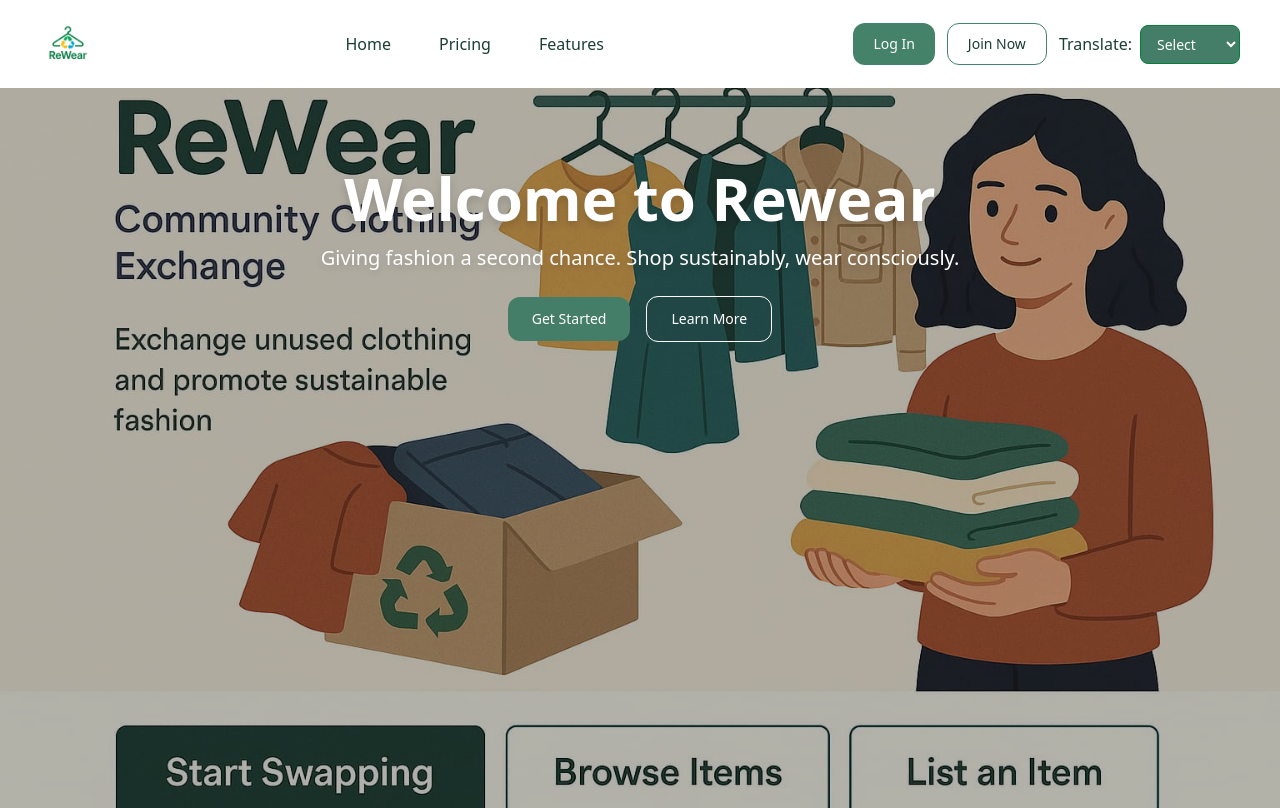
Repository: Swastikkkkk/vv
Page: / (app in OneDrive/Desktop/Yuzichahal/frontend/)
These files come from the project's save history. The page is drawn as it stood at one moment and after a run of saves; the edit follows.
The browser window is 1280 px wide. The pictures show the whole page.
The project was rebuilt for these pictures with package versions that can differ from the ones it lists, and the page was loaded fresh each time. Also part of the build but not shown: OneDrive/Desktop/Yuzichahal/frontend/vite.config.js, OneDrive/Desktop/Yuzichahal/frontend/src/components/Signup.jsx, OneDrive/Desktop/Yuzichahal/frontend/src/components/Login.jsx.

Above is the page before, as saved 2025-07-12 09:55:06.

After the next 2 saves:
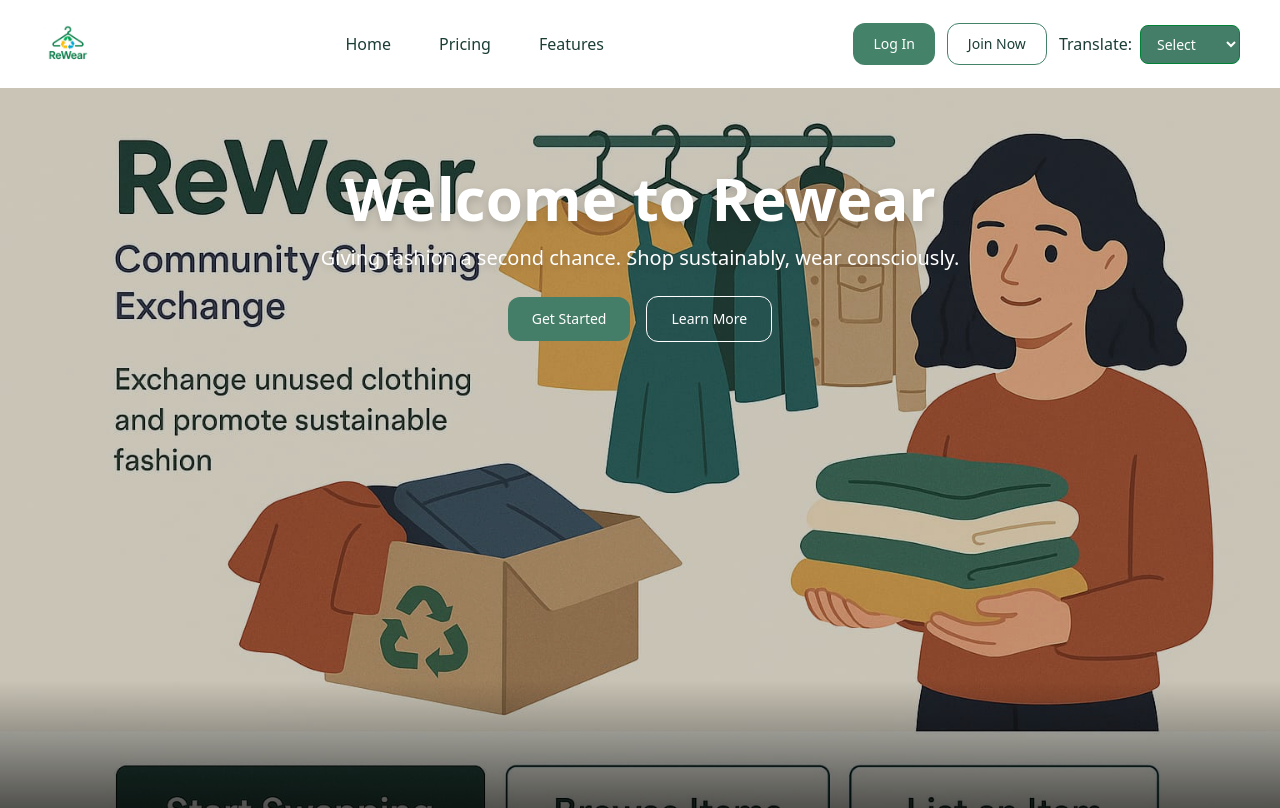
The 2 saves are shown as one change because they came seconds apart.
The last was saved 114 s later.
--- a/OneDrive/Desktop/Yuzichahal/frontend/src/components/Herosection.jsx
+++ b/OneDrive/Desktop/Yuzichahal/frontend/src/components/Herosection.jsx
@@ -1,60 +1,101 @@
+// import React from 'react';
+// import heroImage from '../assets/Heroimage.jpg';
+
+// const HeroSection = () => {
+//   return (
+//     // <section
+//     //  className="relative z-10 w-screen h-screen text-center text-white px-4 mt-[80px] pb-[100px] w-full"
+
+//     //   style={{ backgroundImage: `url(${heroImage})` }}>
+
+//     //   {/* Dark overlay */}
+//     //   <div className="absolute inset-0 bg-black/50 z-0" />
+
+//     //   {/* Content pushed downward */}
+//     //   <div className="relative z-10 text-center text-white px-4 mt-[80px] pb-[100px] w-full">
+//     //     <h1 className="text-4xl md:text-6xl font-bold mb-4 drop-shadow-lg">
+//     //       Welcome to Rewear
+//     //     </h1>
+//     //     <p className="text-lg md:text-xl font-medium max-w-2xl mx-auto drop-shadow-md mb-6">
+//     //       Giving fashion a second chance. Shop sustainably, wear consciously.
+//     //     </p>
+
+//     //     <div className="flex flex-col sm:flex-row items-center justify-center gap-4">
+//     //       <button className="bg-[#447d68] text-white px-6 py-3 rounded-xl text-sm font-medium hover:bg-[#366755] transition">
+//     //         Get Started
+//     //       </button>
+//     //       <button className="border border-white text-white px-6 py-3 rounded-xl text-sm font-medium hover:bg-white hover:text-[#1a3d35] transition">
+//     //         Learn More
+//     //       </button>
+//     //     </div>
+//     //   </div>
+//     // </section>
+//     <section
+//   className="w-screen mt-10 h-screen bg-center bg-cover bg-no-repeat relative flex items-start justify-center"
+//   style={{ backgroundImage: `url(${heroImage})` }}
+// >
+//   <div className="absolute inset-0 bg-black/30 z-0" />
+
+//   <div className="relative z-10 w-full max-w-screen-xl text-center text-white px-4 mt-[80px] pb-[100px]">
+//     <h1 className="text-4xl md:text-6xl font-bold mb-4 drop-shadow-lg">
+//       Welcome to Rewear
+//     </h1>
+//     <p className="text-lg md:text-xl font-medium max-w-2xl mx-auto drop-shadow-md mb-6">
+//       Giving fashion a second chance. Shop sustainably, wear consciously.
+//     </p>
+
+//     <div className="flex flex-col sm:flex-row items-center justify-center gap-4">
+//       <button className="bg-[#447d68] text-white px-6 py-3 rounded-xl text-sm font-medium hover:bg-[#366755] transition">
+//         Get Started
+//       </button>
+//       <button className="border border-white text-white px-6 py-3 rounded-xl text-sm font-medium hover:bg-white hover:text-[#1a3d35] transition">
+//         Learn More
+//       </button>
+//     </div>
+//   </div>
+// </section>
+
+//   );
+// };
+
+// export default HeroSection;
 import React from 'react';
 import heroImage from '../assets/Heroimage.jpg';
 
 const HeroSection = () => {
   return (
-    // <section
-    //  className="relative z-10 w-screen h-screen text-center text-white px-4 mt-[80px] pb-[100px] w-full"
+    <section
+      className="w-screen h-screen bg-center bg-cover bg-no-repeat relative flex items-start justify-center overflow-hidden"
+      style={{
+        backgroundImage: `url(${heroImage})`,
+        backgroundPosition: 'center 20%', // Adjust vertical position to hide bottom elements
+        backgroundSize: 'cover'
+      }}
+    >
+      {/* Reduced opacity overlay for better clarity */}
+      <div className="absolute inset-0 bg-black/20 z-0" />
 
-    //   style={{ backgroundImage: `url(${heroImage})` }}>
+      {/* Additional bottom overlay to hide unwanted elements */}
+      <div className="absolute bottom-0 left-0 right-0 h-32 bg-gradient-to-t from-black/60 to-transparent z-5" />
 
-    //   {/* Dark overlay */}
-    //   <div className="absolute inset-0 bg-black/50 z-0" />
+      <div className="relative z-10 w-full max-w-screen-xl text-center text-white px-4 mt-[80px] pb-[100px]">
+        <h1 className="text-4xl md:text-6xl font-bold mb-4 drop-shadow-lg">
+          Welcome to Rewear
+        </h1>
+        <p className="text-lg md:text-xl font-medium max-w-2xl mx-auto drop-shadow-md mb-6">
+          Giving fashion a second chance. Shop sustainably, wear consciously.
+        </p>
 
-    //   {/* Content pushed downward */}
-    //   <div className="relative z-10 text-center text-white px-4 mt-[80px] pb-[100px] w-full">
-    //     <h1 className="text-4xl md:text-6xl font-bold mb-4 drop-shadow-lg">
-    //       Welcome to Rewear
-    //     </h1>
-    //     <p className="text-lg md:text-xl font-medium max-w-2xl mx-auto drop-shadow-md mb-6">
-    //       Giving fashion a second chance. Shop sustainably, wear consciously.
-    //     </p>
-
-    //     <div className="flex flex-col sm:flex-row items-center justify-center gap-4">
-    //       <button className="bg-[#447d68] text-white px-6 py-3 rounded-xl text-sm font-medium hover:bg-[#366755] transition">
-    //         Get Started
-    //       </button>
-    //       <button className="border border-white text-white px-6 py-3 rounded-xl text-sm font-medium hover:bg-white hover:text-[#1a3d35] transition">
-    //         Learn More
-    //       </button>
-    //     </div>
-    //   </div>
-    // </section>
-    <section
-  className="w-screen h-screen bg-center bg-cover bg-no-repeat relative flex items-start justify-center"
-  style={{ backgroundImage: `url(${heroImage})` }}
->
-  <div className="absolute inset-0 bg-black/30 z-0" />
-
-  <div className="relative z-10 w-full max-w-screen-xl text-center text-white px-4 mt-[80px] pb-[100px]">
-    <h1 className="text-4xl md:text-6xl font-bold mb-4 drop-shadow-lg">
-      Welcome to Rewear
-    </h1>
-    <p className="text-lg md:text-xl font-medium max-w-2xl mx-auto drop-shadow-md mb-6">
-      Giving fashion a second chance. Shop sustainably, wear consciously.
-    </p>
-
-    <div className="flex flex-col sm:flex-row items-center justify-center gap-4">
-      <button className="bg-[#447d68] text-white px-6 py-3 rounded-xl text-sm font-medium hover:bg-[#366755] transition">
-        Get Started
-      </button>
-      <button className="border border-white text-white px-6 py-3 rounded-xl text-sm font-medium hover:bg-white hover:text-[#1a3d35] transition">
-        Learn More
-      </button>
-    </div>
-  </div>
-</section>
-
+        <div className="flex flex-col sm:flex-row items-center justify-center gap-4">
+          <button className="bg-[#447d68] text-white px-6 py-3 rounded-xl text-sm font-medium hover:bg-[#366755] transition">
+            Get Started
+          </button>
+          <button className="border border-white text-white px-6 py-3 rounded-xl text-sm font-medium hover:bg-white hover:text-[#1a3d35] transition">
+            Learn More
+          </button>
+        </div>
+      </div>
+    </section>
   );
 };
 
